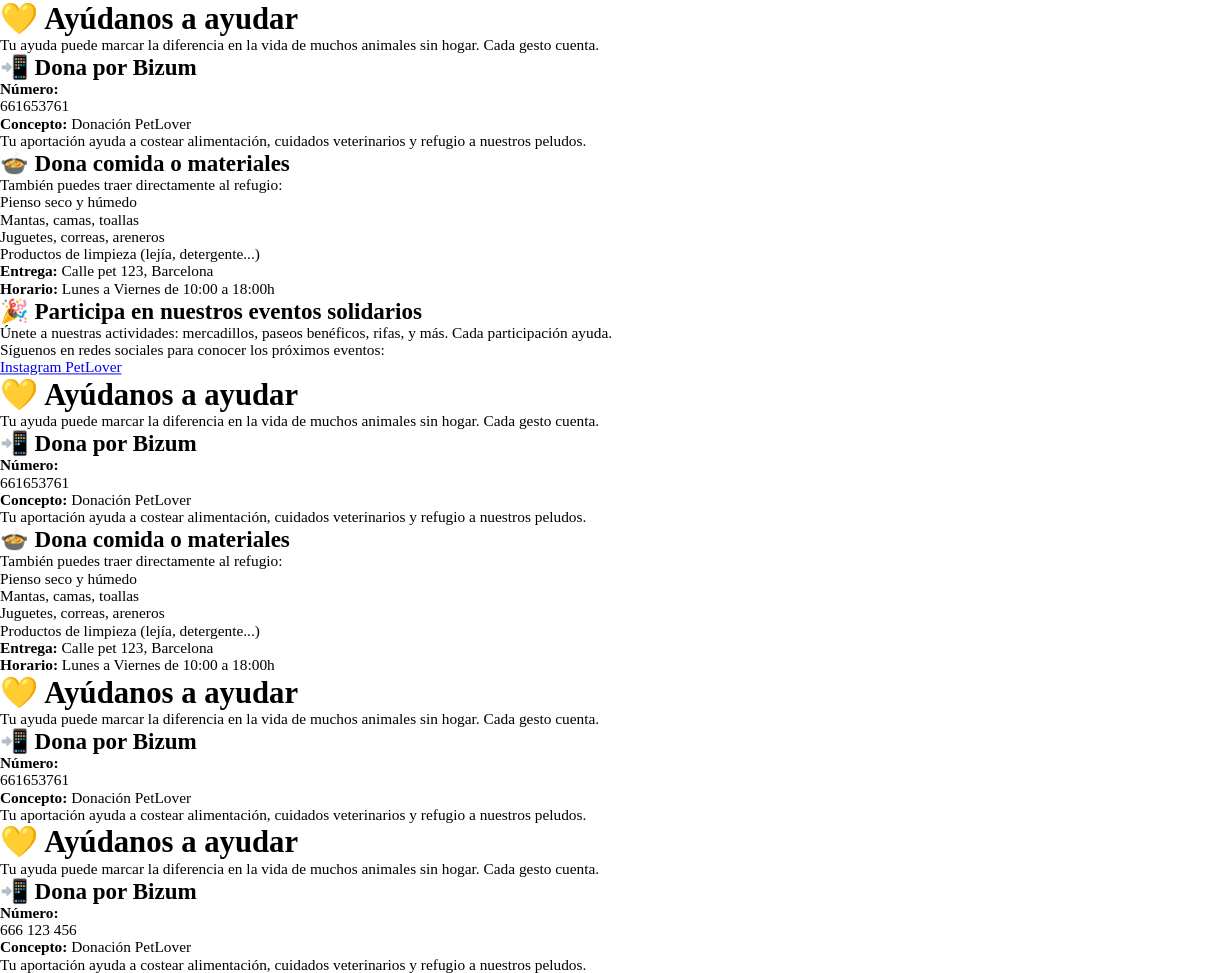
Repository: adriarodrisan/PetLover
Page: Paginas_web/ayudas.html
These files come from the project's save history. The page is drawn as it stood at one moment and after the next save; the edit follows.
The browser window is 1280 px wide. The pictures show the whole page, at 96% of full size.

Above is the page before, as saved 2025-05-02 17:21:13.

### Paginas_web/ayudas.html
<!DOCTYPE html>
<html lang="en">
<head>
    <meta charset="UTF-8">
    <meta name="viewport" content="width=device-width, initial-scale=1.0">
    <title>Ayudanos - PetLover </title>
    <link rel="stylesheet" href="ayudas.css">
</head>
<body>
    <header class="encabezado">
        <h1>💛 Ayúdanos a ayudar</h1>
        <p>Tu ayuda puede marcar la diferencia en la vida de muchos animales sin hogar. Cada gesto cuenta.</p>
    </header>
    <main class="contenedor-ayuda">
        <section class="card-ayuda">
            <h2>📲 Dona por Bizum</h2>
            <p><strong>Número:</strong></p>
            <div class="bizum-numero">661653761</div>
            <p><strong>Concepto:</strong> Donación PetLover</p>
            <p>Tu aportación ayuda a costear alimentación, cuidados veterinarios y refugio a nuestros peludos.</p>
        </section>

        <section class="card-ayuda">
            <h2>🍲 Dona comida o materiales</h2>
            <p>También puedes traer directamente al refugio:</p>
            <ul>
              <li>Pienso seco y húmedo</li>
              <li>Mantas, camas, toallas</li>
              <li>Juguetes, correas, areneros</li>
              <li>Productos de limpieza (lejía, detergente...)</li>
            </ul>
            <p><strong>Entrega:</strong> Calle pet 123, Barcelona</p>
            <p><strong>Horario:</strong> Lunes a Viernes de 10:00 a 18:00h</p>
          </section>

        <section class="card-ayuda">
            <h2>🎉 Participa en nuestros eventos solidarios</h2>
            <p>Únete a nuestras actividades: mercadillos, paseos benéficos, rifas, y más. Cada participación ayuda.</p>
            <p>Síguenos en redes sociales para conocer los próximos eventos:</p>
            <a href="https://www.intagram.com/petlover_protectora/" class="btn-redes" target="_blank">Instagram PetLover</a>
          </section>

</body>
</html>
<!DOCTYPE html>
<html lang="en">
<head>
    <meta charset="UTF-8">
    <meta name="viewport" content="width=device-width, initial-scale=1.0">
    <title>Ayudanos - PetLover </title>
    <link rel="stylesheet" href="ayudas.css">
</head>
<body>
    <header class="encabezado">
        <h1>💛 Ayúdanos a ayudar</h1>
        <p>Tu ayuda puede marcar la diferencia en la vida de muchos animales sin hogar. Cada gesto cuenta.</p>
    </header>
    <main class="contenedor-ayuda">
        <section class="card-ayuda">
            <h2>📲 Dona por Bizum</h2>
            <p><strong>Número:</strong></p>
            <div class="bizum-numero">661653761</div>
            <p><strong>Concepto:</strong> Donación PetLover</p>
            <p>Tu aportación ayuda a costear alimentación, cuidados veterinarios y refugio a nuestros peludos.</p>
        </section>

        <section class="card-ayuda">
            <h2>🍲 Dona comida o materiales</h2>
            <p>También puedes traer directamente al refugio:</p>
            <ul>
              <li>Pienso seco y húmedo</li>
              <li>Mantas, camas, toallas</li>
              <li>Juguetes, correas, areneros</li>
              <li>Productos de limpieza (lejía, detergente...)</li>
            </ul>
            <p><strong>Entrega:</strong> Calle pet 123, Barcelona</p>
            <p><strong>Horario:</strong> Lunes a Viernes de 10:00 a 18:00h</p>
          </section>

</body>
</html>
<!DOCTYPE html>
<html lang="en">
<head>
    <meta charset="UTF-8">
    <meta name="viewport" content="width=device-width, initial-scale=1.0">
    <title>Ayudanos - PetLover </title>
    <link rel="stylesheet" href="ayudas.css">
</head>
<body>
    <header class="encabezado">
        <h1>💛 Ayúdanos a ayudar</h1>
        <p>Tu ayuda puede marcar la diferencia en la vida de muchos animales sin hogar. Cada gesto cuenta.</p>
    </header>
    <main class="contenedor-ayuda">
        <section class="card-ayuda">
            <h2>📲 Dona por Bizum</h2>
            <p><strong>Número:</strong></p>
            <div class="bizum-numero">661653761</div>
            <p><strong>Concepto:</strong> Donación PetLover</p>
            <p>Tu aportación ayuda a costear alimentación, cuidados veterinarios y refugio a nuestros peludos.</p>
        </section>

</body>
</html>
<!DOCTYPE html>
<html lang="en">
<head>
    <meta charset="UTF-8">
    <meta name="viewport" content="width=device-width, initial-scale=1.0">
    <title>Ayudanos - PetLover </title>
    <link rel="stylesheet" href="ayudas.css">
</head>
<body>
    <header class="encabezado">
        <h1>💛 Ayúdanos a ayudar</h1>
        <p>Tu ayuda puede marcar la diferencia en la vida de muchos animales sin hogar. Cada gesto cuenta.</p>
    </header>
    <main class="contenedor-ayuda">
        <section class="card-ayuda">
            <h2>📲 Dona por Bizum</h2>
            <p><strong>Número:</strong></p>
            <div class="bizum-numero">666 123 456</div>
            <p><strong>Concepto:</strong> Donación PetLover</p>
            <p>Tu aportación ayuda a costear alimentación, cuidados veterinarios y refugio a nuestros peludos.</p>
        </section>

</body>
</html>

### Paginas_web/Css_Paginas/ayudas.css
:root {
    --color-fondo: #fff3e0;
    --color-principal: #ffcc99;
    --color-acento: #ff9966;
    --color-texto: #6d4c41;
    --color-blanco: #ffffff;
    --sombra: rgba(0, 0, 0, 0.1);
  }

  * {
    margin: 0;
    padding: 0;
    box-sizing: border-box;
  }

After the next save:
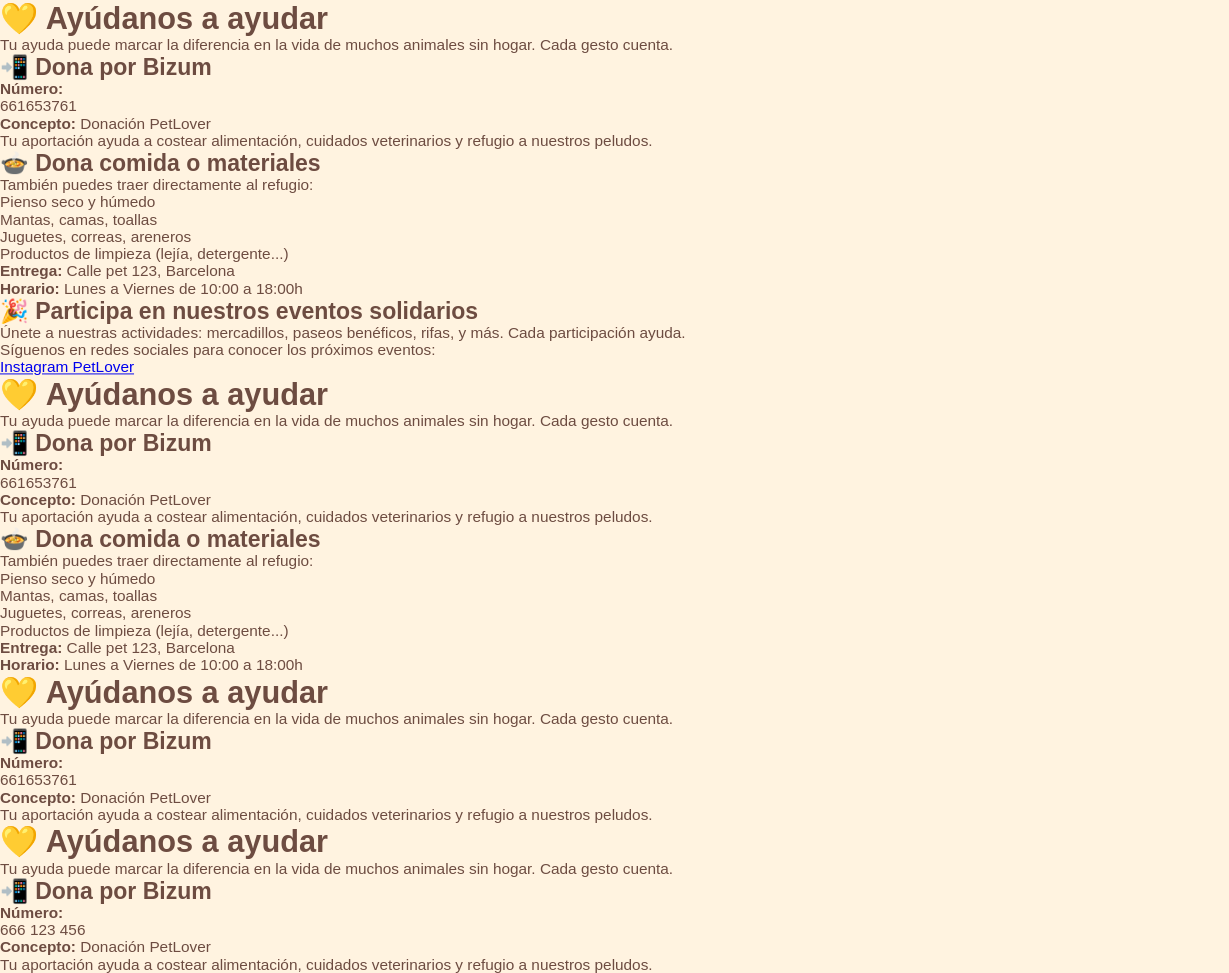
Saved 4 days later.
--- a/Paginas_web/Css_Paginas/ayudas.css
+++ b/Paginas_web/Css_Paginas/ayudas.css
@@ -1,14 +1,17 @@
-:root {
-    --color-fondo: #fff3e0;
-    --color-principal: #ffcc99;
-    --color-acento: #ff9966;
-    --color-texto: #6d4c41;
-    --color-blanco: #ffffff;
-    --sombra: rgba(0, 0, 0, 0.1);
-  }
 
   * {
     margin: 0;
     padding: 0;
     box-sizing: border-box;
   }
+  body {
+    font-family: 'Arial', sans-serif;
+    background-color: #fff3e0;
+    color: #6d4c41;
+  }
+  .hero {
+    background-color: #ffcc99;
+    padding: 60px 20px;
+    text-align: center;
+    border-bottom: 4px solid #ff9966;
+  }
